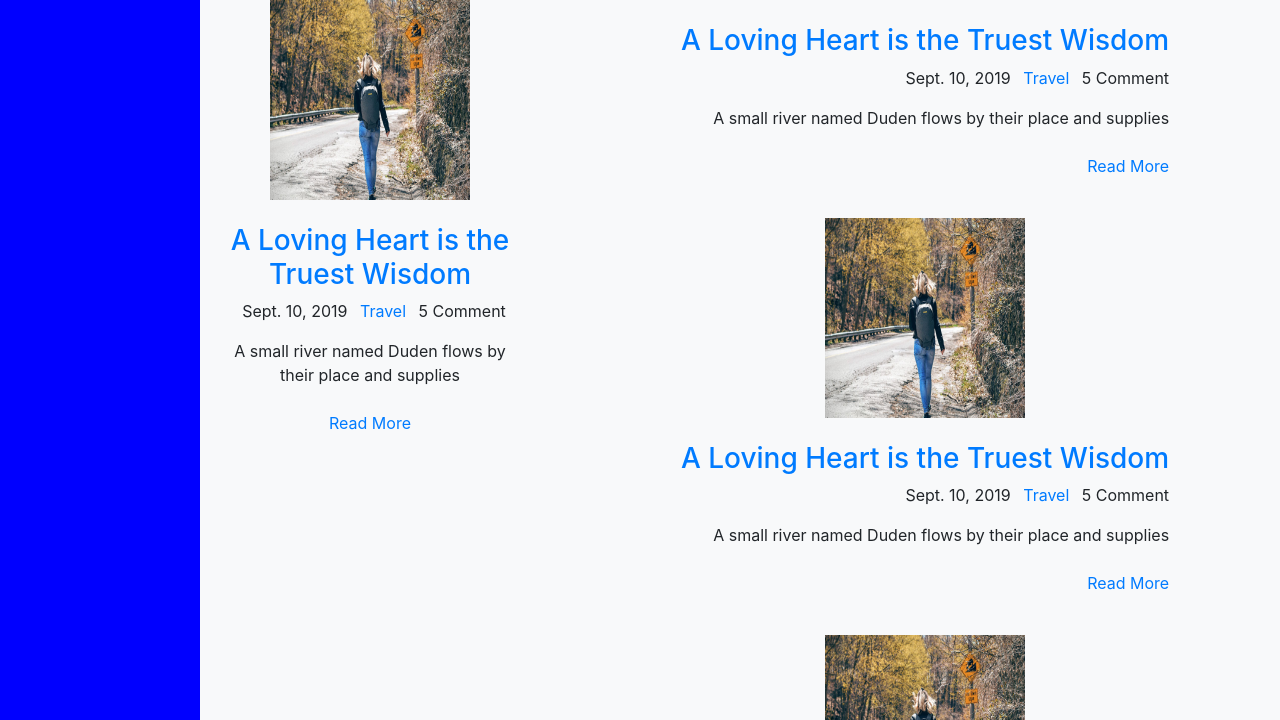
Repository: tts2610/GoogleNews
Page: index.html
The author's editor kept a copy of each file at every save. The page is drawn from the files as they stood at one save, then again after the next save.
The browser window is 1280 px wide. The pictures show the whole page.
The page's requests for data from a server got no answer. An inner scrolling area shows only its first screen.

Above is the page before, as saved 2020-05-20 13:51:22.

### index.html
<!DOCTYPE html>
<html lang="en">

<head>
    <meta charset="UTF-8">
    <meta name="viewport" content="width=device-width, initial-scale=1.0">
    <title>Document</title>
    <link rel="stylesheet" href="https://maxcdn.bootstrapcdn.com/bootstrap/4.4.1/css/bootstrap.min.css">

    <!-- jQuery library -->
    <script src="https://ajax.googleapis.com/ajax/libs/jquery/3.5.1/jquery.min.js"></script>

    <!-- Popper JS -->
    <script src="https://cdnjs.cloudflare.com/ajax/libs/popper.js/1.16.0/umd/popper.min.js"></script>

    <!-- Latest compiled JavaScript -->
    <script src="https://maxcdn.bootstrapcdn.com/bootstrap/4.4.1/js/bootstrap.min.js"></script>
    <link rel="stylesheet" href="css/style.css">
</head>

<body>
    <div class="myContainer">
        <div class="sidenav"></div>
        <div class="content">
            <div class="row">
                <div class="col-4 d-flex">
                    <div class="blog-entry">
                        <div>
                            <img src="img/image_8.jpg" width="200" height="200">
                        </div>
                        <div class="text p-4" style="text-align: center;">
                            <h3 class="mb-2"><a href="single.html">A Loving Heart is the Truest Wisdom</a></h3>
                            <div class="meta-wrap">
                                <p class="meta">
                                    <span><i class="icon-calendar mr-2"></i>Sept. 10, 2019</span>
                                    <span><a href="single.html"><i class="icon-folder-o mr-2"></i>Travel</a></span>
                                    <span><i class="icon-comment2 mr-2"></i>5 Comment</span>
                                </p>
                            </div>
                            <p class="mb-4">A small river named Duden flows by their place and supplies</p>
                            <p><a href="#" class="btn-custom">Read More <span class="ion-ios-arrow-forward"></span></a></p>
                        </div>
                    </div>
                </div>
                <div class="col-8 d-flex">
                    <div class="row">
                        <div class="col-md-12">
                            <div class="blog-entry ftco-animate d-md-flex align-items-center">
                                <div class="text text-2 text-md-right p-4">
                                    <h3 class="mb-2"><a href="single.html">A Loving Heart is the Truest Wisdom</a></h3>
                                    <div class="meta-wrap">
                                        <p class="meta">
                                            <span><i class="icon-calendar mr-2"></i>Sept. 10, 2019</span>
                                            <span><a href="single.html"><i class="icon-folder-o mr-2"></i>Travel</a></span>
                                            <span><i class="icon-comment2 mr-2"></i>5 Comment</span>
                                        </p>
                                    </div>
                                    <p class="mb-4">A small river named Duden flows by their place and supplies</p>
                                    <p><a href="#" class="btn-custom">Read More <span class="ion-ios-arrow-forward"></span></a></p>
                                </div>
                                <div class="news-img"><img src="img/image_8.jpg" width="200" height="200"></div>
                            </div>
                        </div>
                        <div class="col-md-12">
                            <div class="blog-entry ftco-animate d-md-flex align-items-center">
                                <div class="text text-2 text-md-right p-4">
                                    <h3 class="mb-2"><a href="single.html">A Loving Heart is the Truest Wisdom</a></h3>
                                    <div class="meta-wrap">
                                        <p class="meta">
                                            <span><i class="icon-calendar mr-2"></i>Sept. 10, 2019</span>
                                            <span><a href="single.html"><i class="icon-folder-o mr-2"></i>Travel</a></span>
                                            <span><i class="icon-comment2 mr-2"></i>5 Comment</span>
                                        </p>
                                    </div>
                                    <p class="mb-4">A small river named Duden flows by their place and supplies</p>
                                    <p><a href="#" class="btn-custom">Read More <span class="ion-ios-arrow-forward"></span></a></p>
                                </div>
                                <div class="news-img"><img src="img/image_8.jpg" width="200" height="200"></div>
                            </div>
                        </div>
                    </div>
                </div>
            </div>


        </div>
    </div>

    <script src="js/script.js"></script>
</body>

</html>

### css/style.css
body {
    margin: 0
}

.myContainer {
    display: flex;
    justify-content: start;
}

.sidenav {
    height: 100vh;
    width: 200px;
    float: left;
    position: relative;
    background-color: blue;
}

.content {
    height: 100vh;
    width: calc(100% - 200px);
    float: right;
    position: relative;
    background-color: #f8f9fa;
    overflow-y: scroll;
}

.blog-entry {
    display: flex;
    flex-direction: column;
    align-items: center;
}

### js/script.js
let newsList = [];
const apiKey = "2dc86bcdc7184b17b45b74b30858f75a"
const loadNews = async() => {
    let url = `https://newsapi.org/v2/top-headlines?country=us&apiKey=${apiKey}`;
    let data = await fetch(url);
    let result = await data.json();

    console.log("what we get here", result);
}

loadNews();

After the next save:
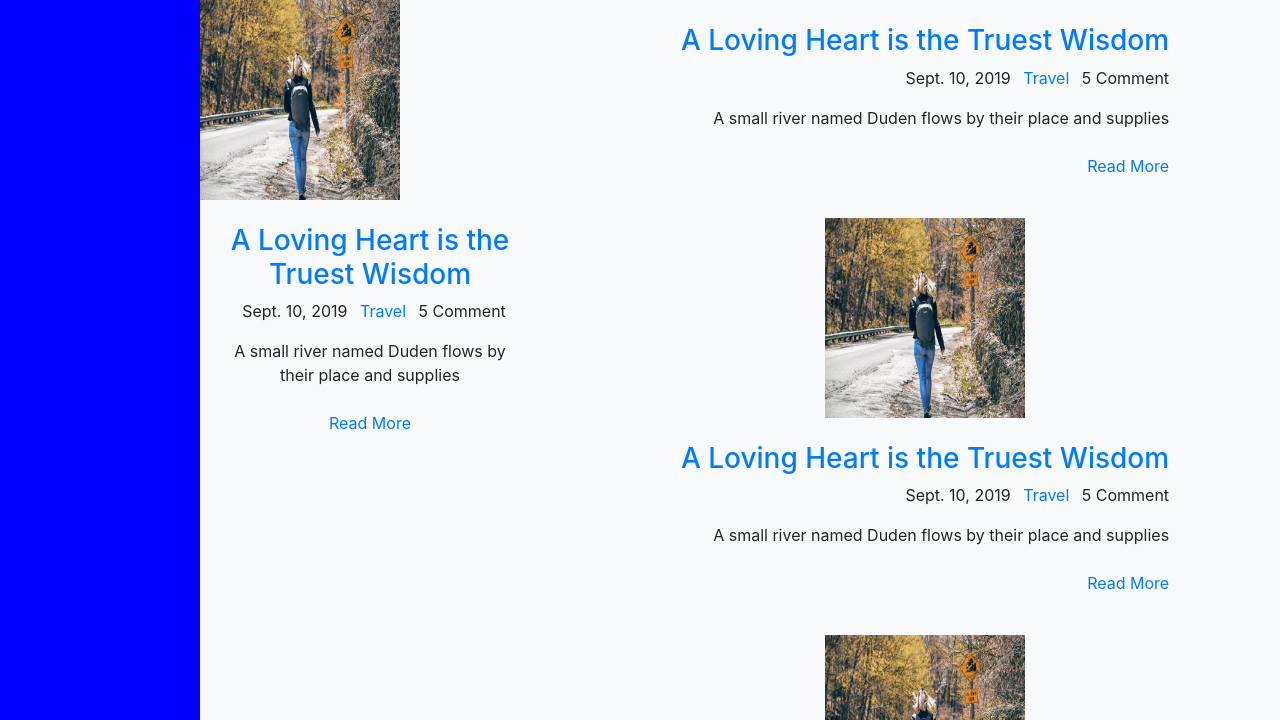
Saved 37 s later.
--- a/index.html
+++ b/index.html
@@ -24,7 +24,7 @@
         <div class="content">
             <div class="row">
                 <div class="col-4 d-flex">
-                    <div class="blog-entry">
+                    <div class="blog-entry-left">
                         <div>
                             <img src="img/image_8.jpg" width="200" height="200">
                         </div>
